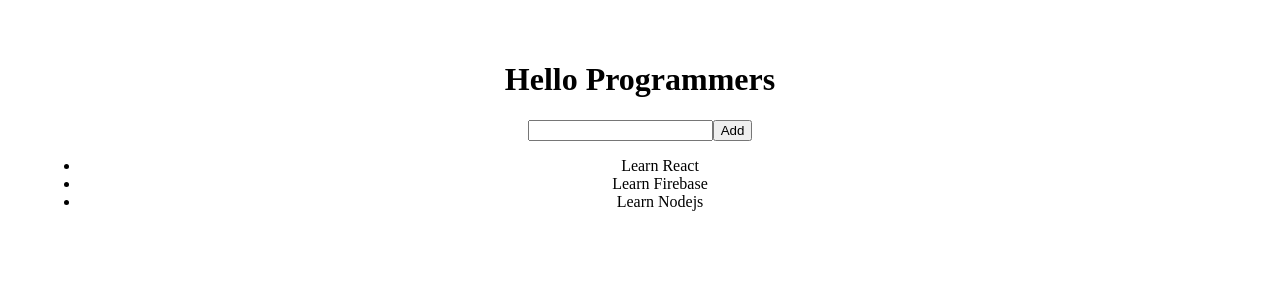
Repository: Shamraiz761/todo_list
Page: /
The author's editor kept a copy of each file at every save. The page is drawn from the files as they stood at one save, then again after the next save.
The browser window is 1280 px wide. The pictures show the whole page.
The project was rebuilt for these pictures with package versions that can differ from the ones it lists, and the page was loaded fresh each time. Also part of the build but not shown: vite.config.js, src/index.css.

Above is the page before, as saved 2024-01-11 22:15:24.

### src/App.jsx
import { useState } from "react";
import "./App.css";

function App() {
  const [todo, setTodo] = useState([
    "Learn React",
    "Learn Firebase",
    "Learn Nodejs",
  ]);
  const [input, setInput] = useState("");
  const addTodo = (e) => {
    e.preventDefault();
    setTodo([...todo, input]);
    setInput("");
  };

  return (
    <div className="App">
      <h1>Hello Programmers</h1>
      <form>
        <input
          type="text"
          value={input}
          onChange={(e) => {
            setInput(e.target.value);
          }}
        />
        <button onClick={addTodo}>Add</button>
      </form>
      <ul>
        {todo.map((item , index) => {
          return <li key={index}>{item}</li>;
        })}
      </ul>
    </div>
  );
}

export default App;

Loaded but not shown: index.html (common file); src/main.jsx (common file); src/App.css (common file)

After the next save:
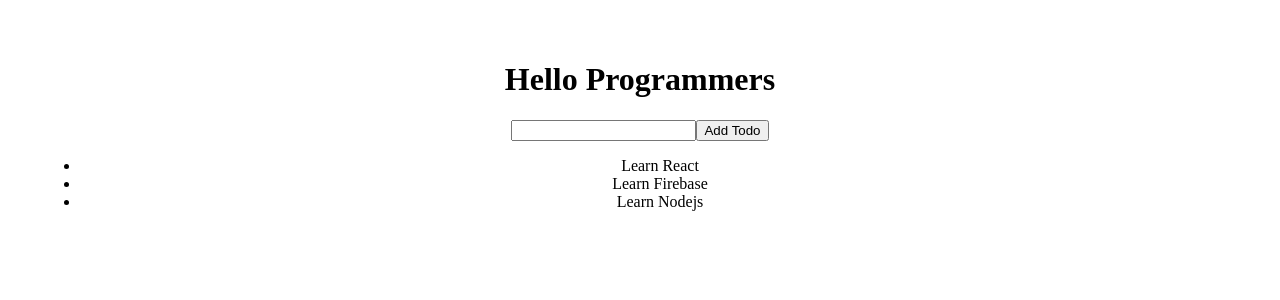
Saved 45 s later.
--- a/src/App.jsx
+++ b/src/App.jsx
@@ -25,7 +25,7 @@ function App() {
             setInput(e.target.value);
           }}
         />
-        <button onClick={addTodo}>Add</button>
+        <button onClick={addTodo}>Add Todo</button>
       </form>
       <ul>
         {todo.map((item , index) => {
